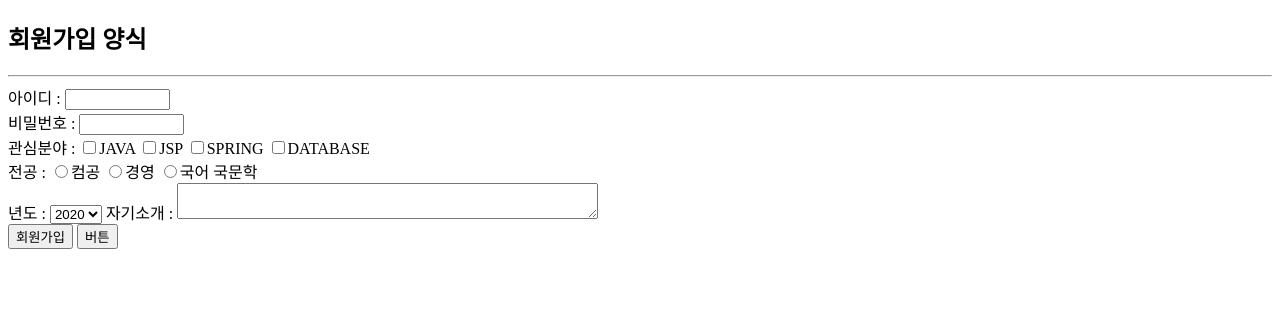
Repository: bbseok97/HTML
Page: HTML/src/main/webapp/form.html
An editor plug-in stored every save of this project. The page is shown before and after the next save, followed by the edit.
The browser window is 1280 px wide. The pictures show the whole page.

Above is the page before, as saved 2024-04-04 04:01:00.

After the next save:
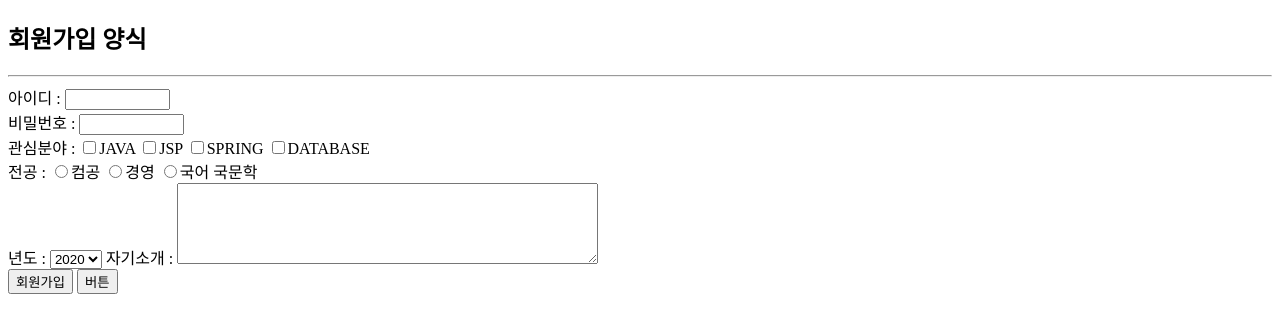
Saved 90 s later.
--- a/HTML/src/main/webapp/form.html
+++ b/HTML/src/main/webapp/form.html
@@ -38,7 +38,7 @@
 			</select>
 
 			자기소개 :
-			<textarea rosw="5" cols="50"></textarea>
+			<textarea rows="5" cols="50"></textarea>
 			<br>
 			<input type="submit" value="회원가입">
 			<input type="button" value="버튼">
